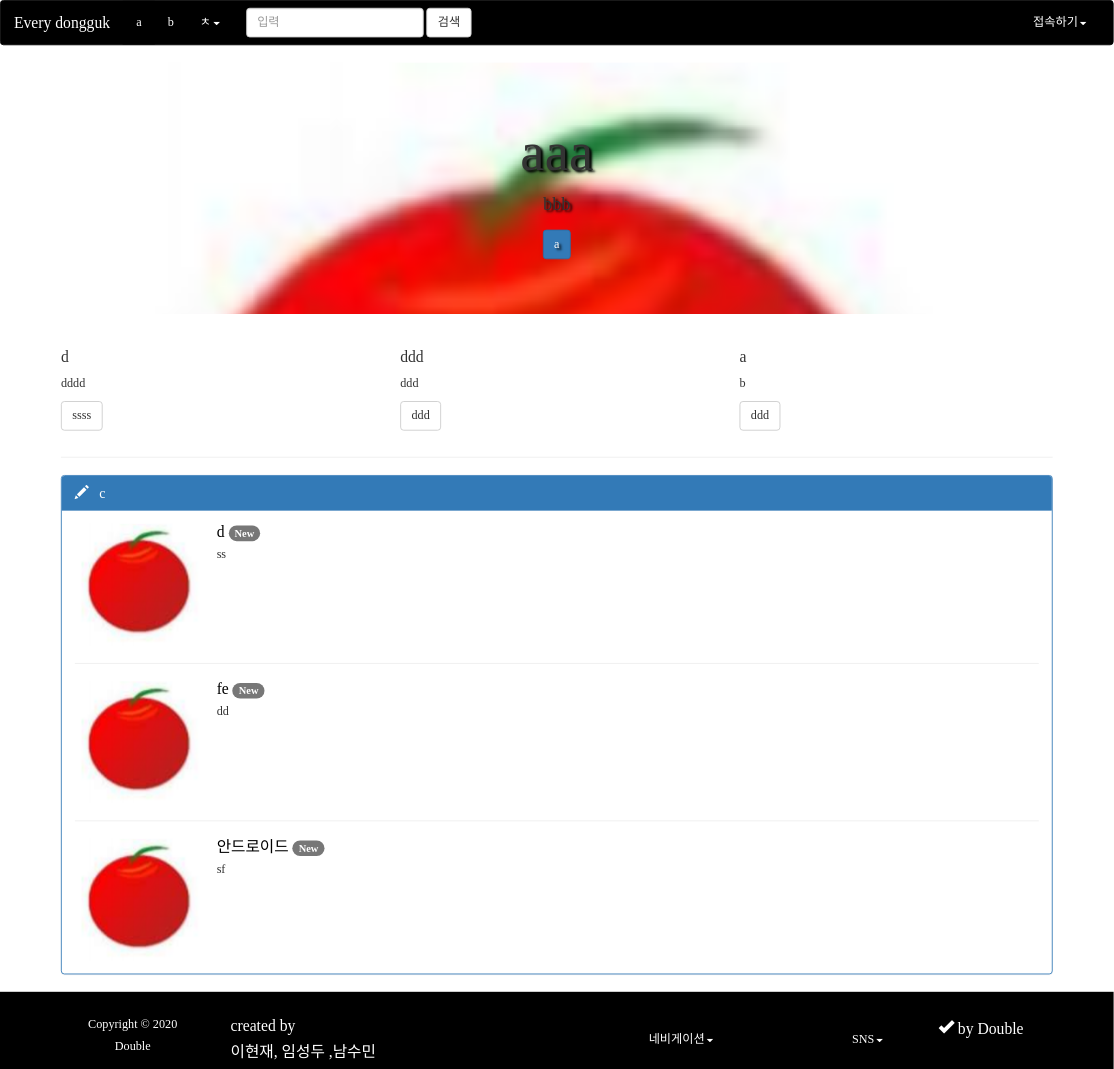
Repository: CSID-DGU/2020-1-ESCD-DOUBLE
Page: http://localhost/web/WEB-INF/views/template/index.jsp
The author's editor kept a copy of each file at every save. The page is drawn from the files as they stood at one save, then again after a run of saves.
The browser window is 1280 px wide. The pictures show the whole page, at 87% of full size.
Some web fonts or font styles are not loaded; a fallback is used. Some web libraries are served in a nearby version. The page is served by Tomcat 9. Nobody is signed in. The template is opened directly, without the code that normally fills it, so the values that code supplies are empty.

Above is the page before, as saved 2020-04-30 13:55:24.

After the next 2 saves:
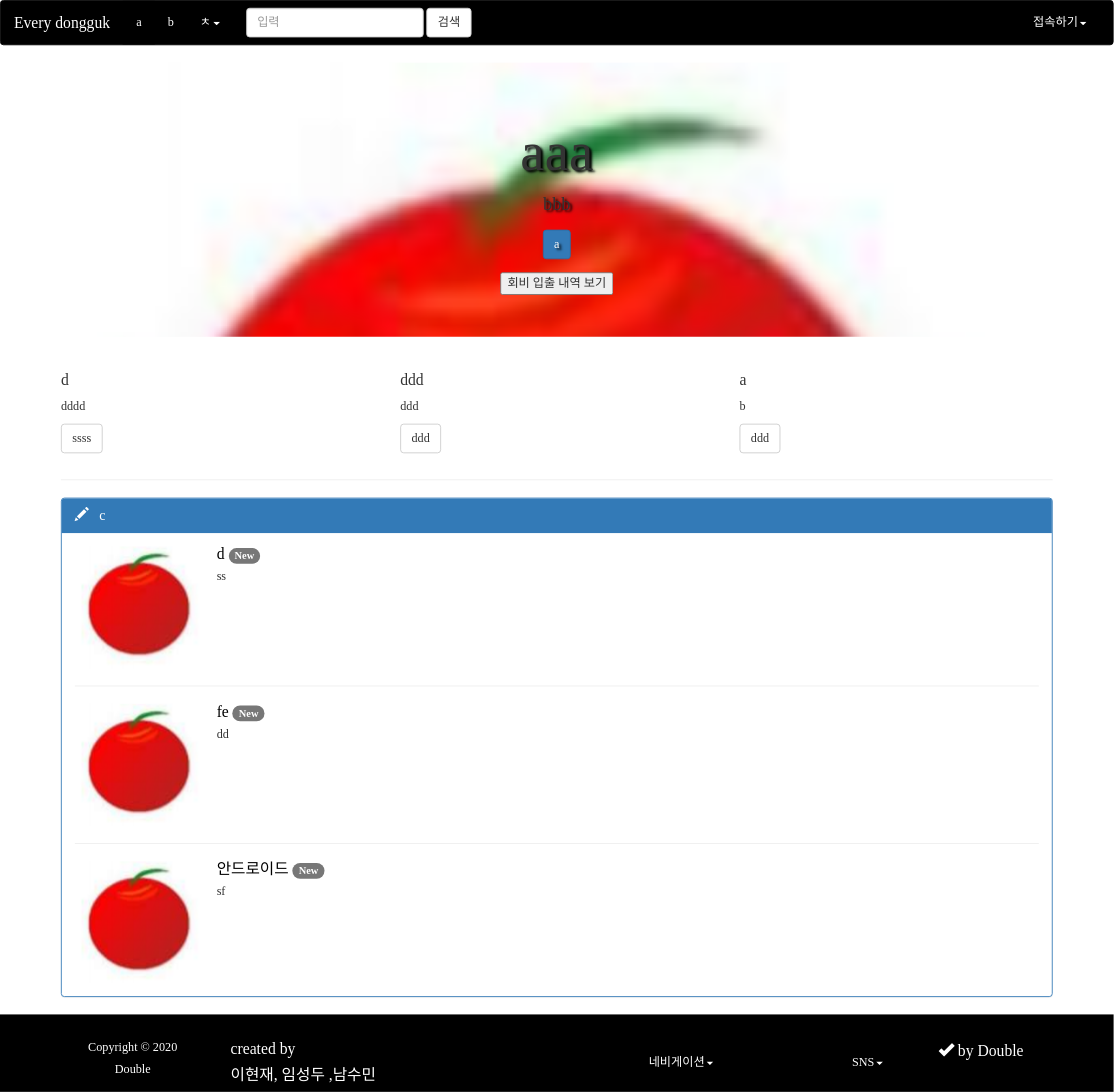
The 2 saves are shown as one change because they came seconds apart.
The last was saved 57 min 28 s later.
--- a/web/src/main/webapp/WEB-INF/views/template/index.jsp
+++ b/web/src/main/webapp/WEB-INF/views/template/index.jsp
@@ -44,6 +44,7 @@ background-size:cover;
 		<p class="text-center"><a class="btn btn-primary bpt-lg" href="#" role="button">a </a></p>
 		</c:if>
 
+	<center><button onclick="location='/web/purchase'">회비 입출 내역 보기</button></center>
 
 	</div>
 	<div class="row">
